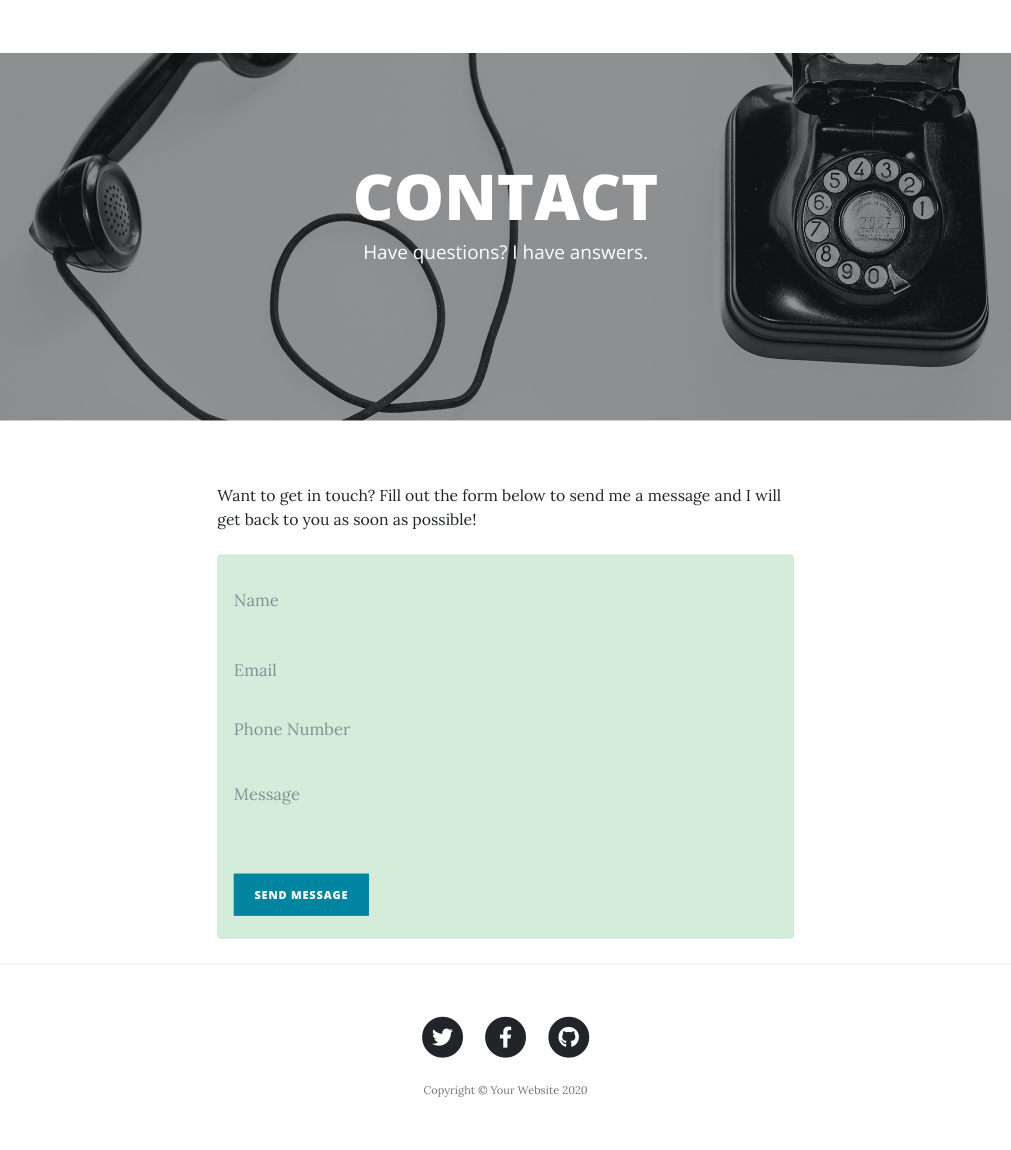
Repository: elvinyeka/elvin-blog
Page: http://localhost/contact
The author's editor kept a copy of each file at every save. The page is drawn from the files as they stood at one save, then again after a run of saves.
The browser window is 1280 px wide. The pictures show the whole page, at 79% of full size.
The page is served by the project's application, run on Flask 3 (CLEANBLOG/__init__.py).

Above is the page before, as saved 2020-10-21 00:11:43.

After the next 4 saves:
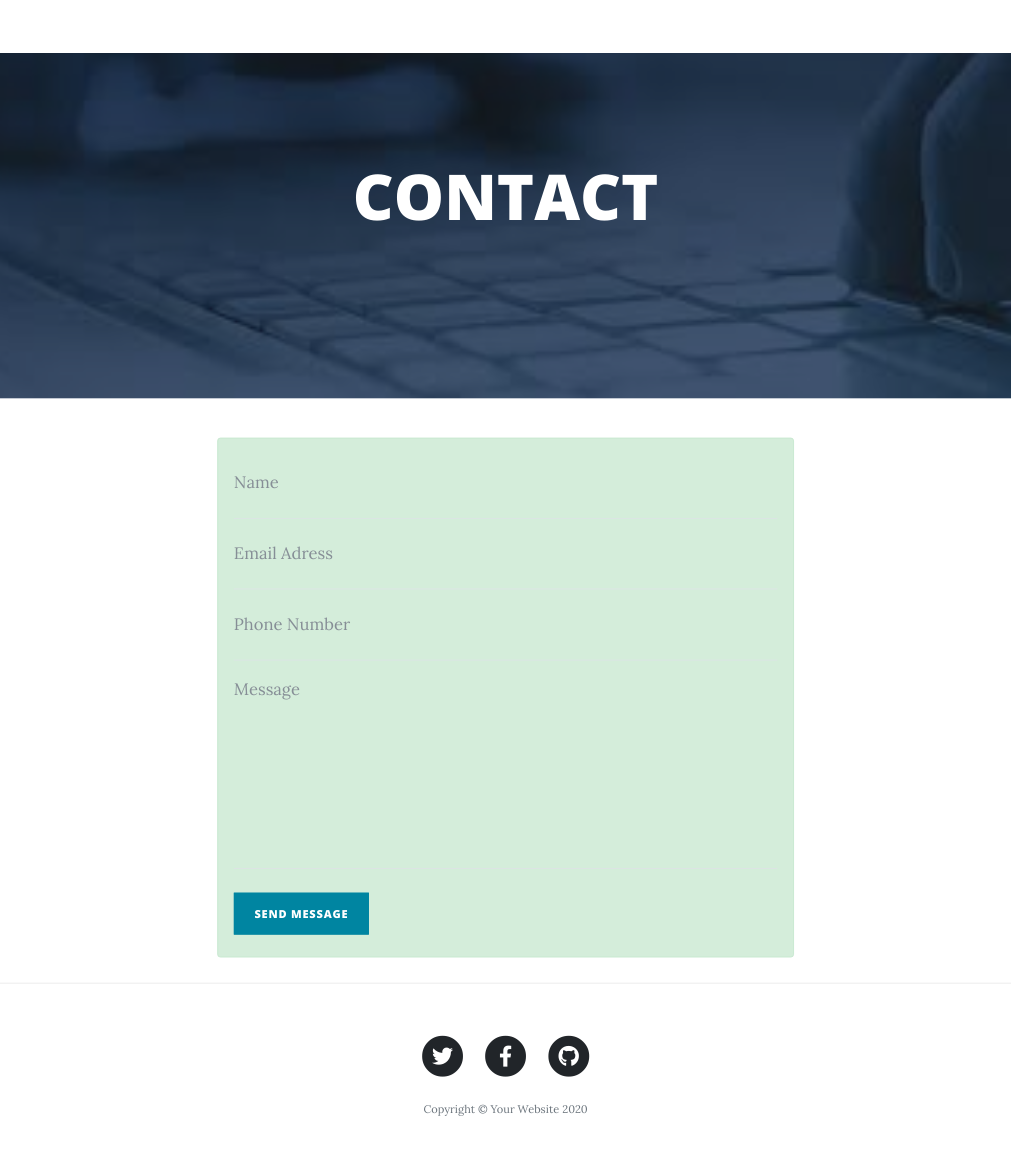
The 4 saves are shown as one change because 3 did not build or start.
The last was saved 10 h 36 min later.
--- a/CLEANBLOG/templates/contact.html
+++ b/CLEANBLOG/templates/contact.html
@@ -1,14 +1,13 @@
 {% extends 'base.html' %} {% block content%}
 
 <!-- Page Header -->
-<header class="masthead" style="background-image: url('{{url_for('static', filename = 'img/contact-bg.jpg')}}')">
+<header class="masthead" style="background-image: url('{{url_for('static', filename = 'img/register-bg.jpg')}}')">
     <div class="overlay"></div>
     <div class="container">
         <div class="row">
             <div class="col-lg-8 col-md-10 mx-auto">
                 <div class="page-heading">
-                    <h1>{{title}}</h1>
-                    <span class="subheading">Have questions? I have answers.</span>
+                    <h1>{{ title }}</h1>
                 </div>
             </div>
         </div>
@@ -19,35 +18,29 @@
 <div class="container">
     <div class="row">
         <div class="col-lg-8 col-md-10 mx-auto">
-            <p>Want to get in touch? Fill out the form below to send me a message and I will get back to you as soon as possible!</p>
-            <!-- Contact Form - Enter your email address on line 19 of the mail/contact_me.php file to make this form work. -->
-            <!-- WARNING: Some web hosts do not allow emails to be sent through forms to common mail hosts like Gmail or Yahoo. It's recommended that you use a private domain email address! -->
-            <!-- To use the contact form, your site must be on a live web host with PHP! The form will not work locally! -->
             <form method="POST" action="" class="alert alert-success">
+                {{ form.hidden_tag() }}
                 <div class="control-group">
                     <div class="form-group floating-label-form-group controls">
-                        <label>Name</label>
-                        {{form.name(placeholder = 'Name', class='form-control')}}
+                        <label>Name</label> {{ form.name(placeholder='Name', class='form-control') }}
                         <p class="help-block text-danger"></p>
                     </div>
                 </div>
                 <div class="control-group">
                     <div class="form-group floating-label-form-group controls">
-                        <label>Email Address</label>
-                        {{form.email(placeholder = 'Email', class='form-control')}}
-                    </div>
-                </div>
-                <div class="control-group">
-                    <div class="form-group col-xs-12 floating-label-form-group controls">
-                        <label>Phone Number</label>
-                        {{form.phone(placeholder = 'Phone Number', class='form-control')}}
+                        <label>Email</label> {{ form.email(placeholder='Email Adress', class='form-control') }}
                         <p class="help-block text-danger"></p>
                     </div>
                 </div>
                 <div class="control-group">
                     <div class="form-group floating-label-form-group controls">
-                        <label>Message</label>
-                        {{form.message(placeholder = 'Message', class='form-control')}}
+                        <label>Phone number</label> {{ form.phone(placeholder='Phone Number', class='form-control') }}
+                        <p class="help-block text-danger"></p>
+                    </div>
+                </div>
+                <div class="control-group">
+                    <div class="form-group col-xs-12 floating-label-form-group controls">
+                        <label>Message</label> {{ form.message(placeholder='Message', class='form-control', rows='7') }}
                         <p class="help-block text-danger"></p>
                     </div>
                 </div>
